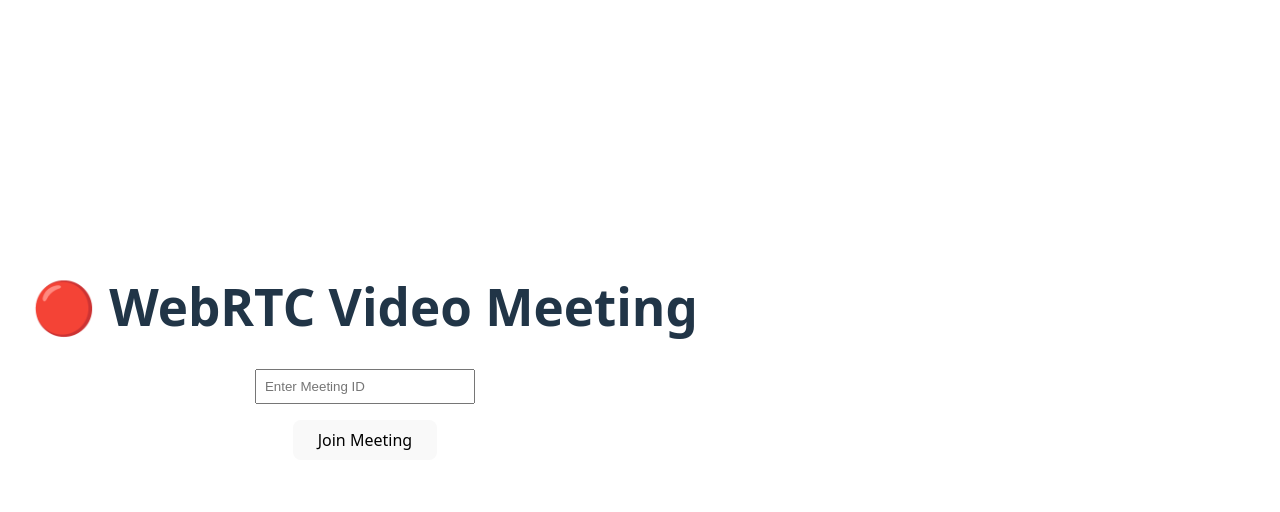
Repository: rahulhr71/WebRTC
Page: / (app in frontend/)
The author's editor kept a copy of each file at every save. The page is drawn from the files as they stood at one save, then again after the next save.
The browser window is 1280 px wide. The pictures show the whole page.
The page's requests for data from a server got no answer. The project was rebuilt for these pictures with package versions that can differ from the ones it lists, and the page was loaded fresh each time. No one was signed in, and anything a server would have sent is missing. Also part of the build but not shown: frontend/vite.config.js.

Above is the page before, as saved 2025-07-18 18:14:04.

After the next save:
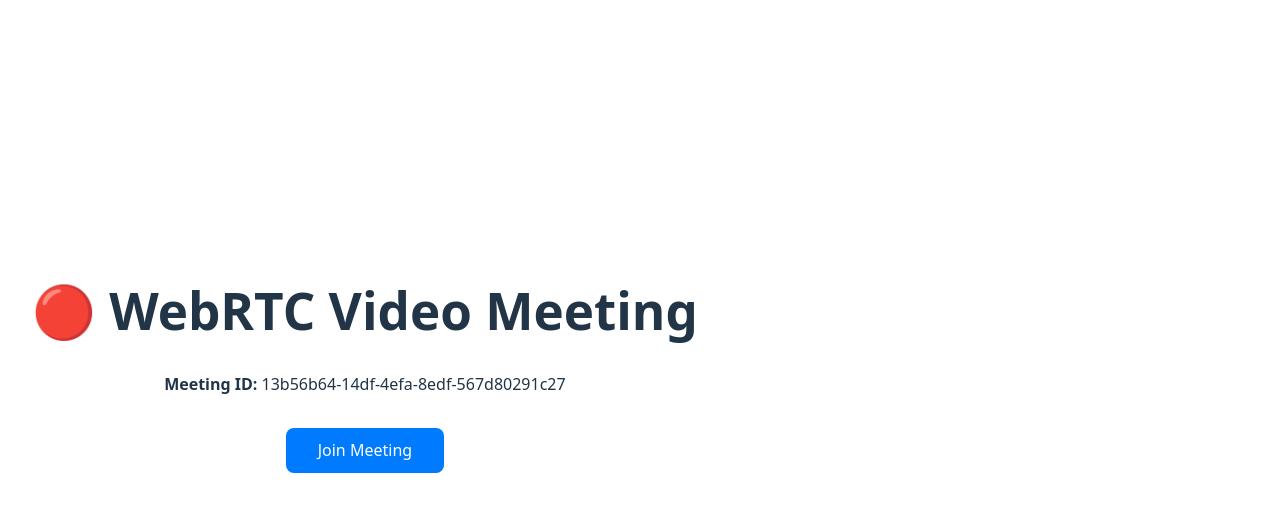
Saved 9 s later.
--- a/frontend/src/App.jsx
+++ b/frontend/src/App.jsx
@@ -1,22 +1,17 @@
 import React, { useEffect, useRef, useState } from 'react';
+import { useParams } from 'react-router-dom';
 import { io } from 'socket.io-client';
 
-const socket = io('http://localhost:5000');
+const socket = io('http://localhost:5000'); // your signaling server
 
 function App() {
+  const { roomId } = useParams(); // gets room from URL
   const localVideoRef = useRef(null);
   const remoteVideoRef = useRef(null);
   const peerConnection = useRef(null);
-
-  const [roomId, setRoomId] = useState('');
   const [joined, setJoined] = useState(false);
 
   const handleJoinMeeting = async () => {
-    if (!roomId.trim()) {
-      alert('Please enter a meeting ID');
-      return;
-    }
-
     const stream = await navigator.mediaDevices.getUserMedia({ video: true, audio: true });
     localVideoRef.current.srcObject = stream;
 
@@ -26,11 +21,11 @@
       peerConnection.current.addTrack(track, stream)
     );
 
-    peerConnection.current.ontrack = (event) => {
+    peerConnection.current.ontrack = event => {
       remoteVideoRef.current.srcObject = event.streams[0];
     };
 
-    peerConnection.current.onicecandidate = (event) => {
+    peerConnection.current.onicecandidate = event => {
       if (event.candidate) {
         socket.emit('ice-candidate', { roomId, candidate: event.candidate });
       }
@@ -71,43 +66,35 @@
   return (
     <div style={{ padding: '2rem', textAlign: 'center' }}>
       <h1>🔴 WebRTC Video Meeting</h1>
+      <p><strong>Meeting ID:</strong> {roomId}</p>
 
       {!joined && (
-        <div style={{ marginBottom: '1rem' }}>
-          <input
-            type="text"
-            placeholder="Enter Meeting ID"
-            value={roomId}
-            onChange={(e) => setRoomId(e.target.value)}
-            style={{ padding: '0.5rem', width: '200px' }}
-          />
-          <br />
-          <button
-            onClick={handleJoinMeeting}
-            style={{
-              marginTop: '1rem',
-              padding: '0.5rem 1.5rem',
-              fontSize: '16px',
-              cursor: 'pointer',
-            }}
-          >
-            Join Meeting
-          </button>
-        </div>
+        <button
+          onClick={handleJoinMeeting}
+          style={{
+            marginTop: '1rem',
+            padding: '0.7rem 2rem',
+            fontSize: '16px',
+            cursor: 'pointer',
+            backgroundColor: '#007bff',
+            color: '#fff',
+            border: 'none',
+            borderRadius: '8px',
+          }}
+        >
+          Join Meeting
+        </button>
       )}
 
       {joined && (
-        <div>
-          <p><strong>Meeting ID:</strong> {roomId}</p>
-          <div style={{ display: 'flex', justifyContent: 'center', gap: '20px' }}>
-            <div>
-              <h3>Local Video</h3>
-              <video ref={localVideoRef} autoPlay muted playsInline width="300" style={{ border: '2px solid green' }} />
-            </div>
-            <div>
-              <h3>Remote Video</h3>
-              <video ref={remoteVideoRef} autoPlay playsInline width="300" style={{ border: '2px solid blue' }} />
-            </div>
+        <div style={{ display: 'flex', justifyContent: 'center', gap: '20px', marginTop: '2rem' }}>
+          <div>
+            <h3>Local Video</h3>
+            <video ref={localVideoRef} autoPlay muted playsInline width="300" style={{ border: '2px solid green' }} />
+          </div>
+          <div>
+            <h3>Remote Video</h3>
+            <video ref={remoteVideoRef} autoPlay playsInline width="300" style={{ border: '2px solid blue' }} />
           </div>
         </div>
       )}
